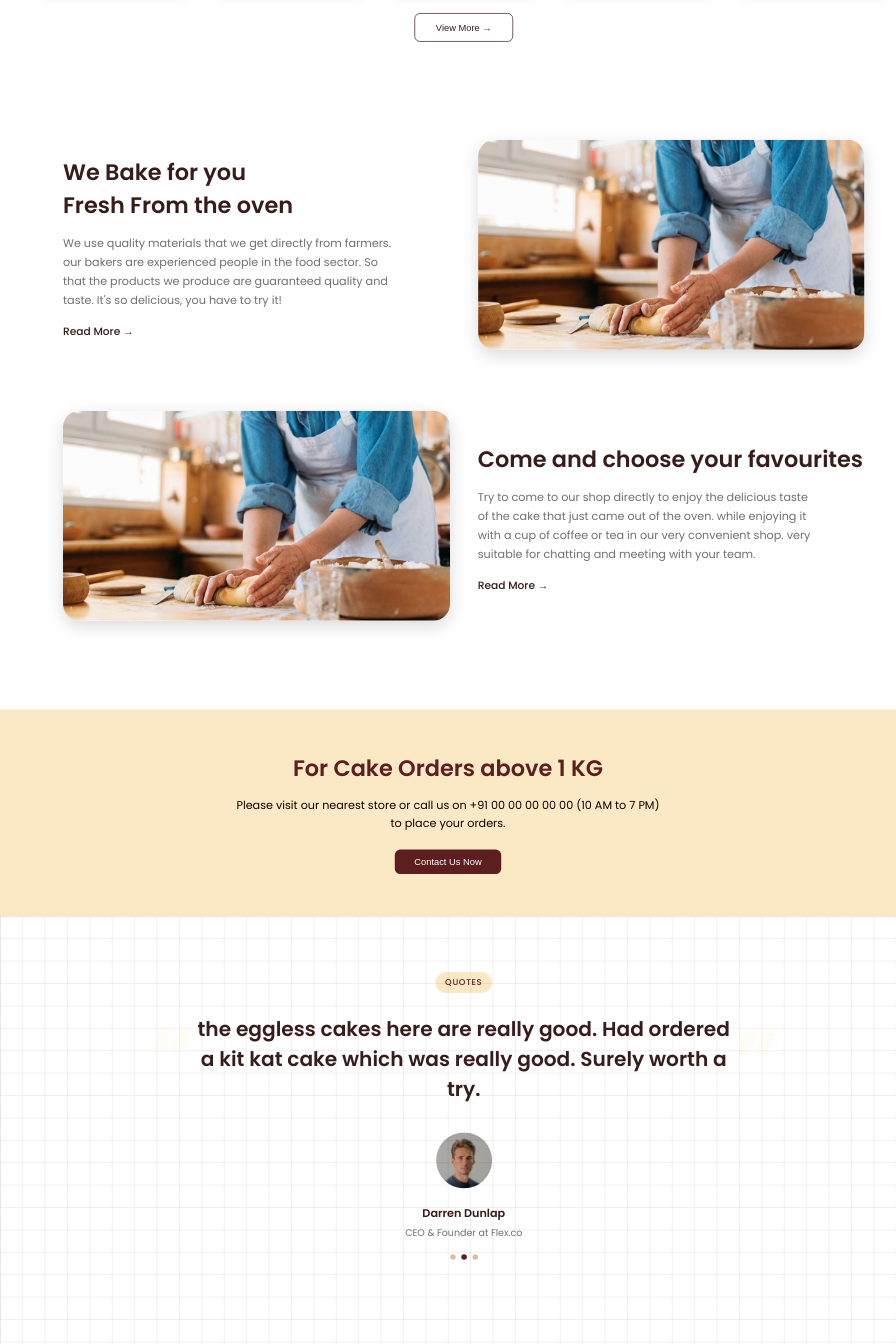
Repository: josegabrielzevallos/chocobrat-bakery-website
Page: index.html
An editor plug-in stored every save of this project. The page is shown before and after the next save, followed by the edit.
The browser window is 1280 px wide. The pictures show the part of the page from y = 1014 to 2934 px (the page is 2934 px tall), at 70% of full size.

Above is the page before, as saved 2025-11-20 17:04:27.

After the next save:
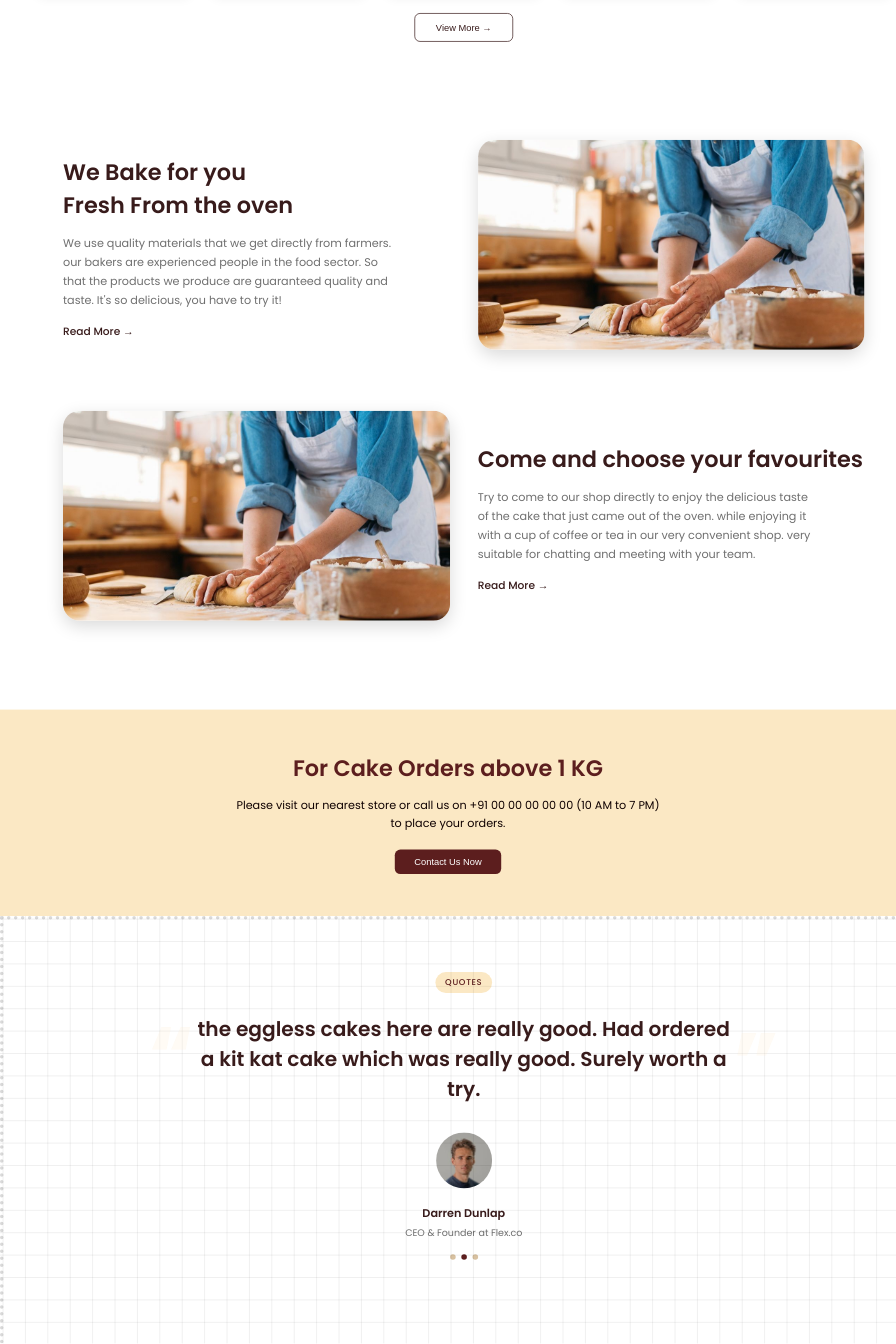
Saved 72 s later.
--- a/styles.css
+++ b/styles.css
@@ -364,8 +364,8 @@ header {
     pointer-events: none;
 
     /* convierte las líneas en punteadas */
-    border-top: 1px dotted rgba(0,0,0,0.15);
-    border-left: 1px dotted rgba(0,0,0,0.15);
+    border-top: 5px dotted rgba(0,0,0,0.15);
+    border-left: 5px dotted rgba(0,0,0,0.15);
 }
 
 .quotes-inner {
